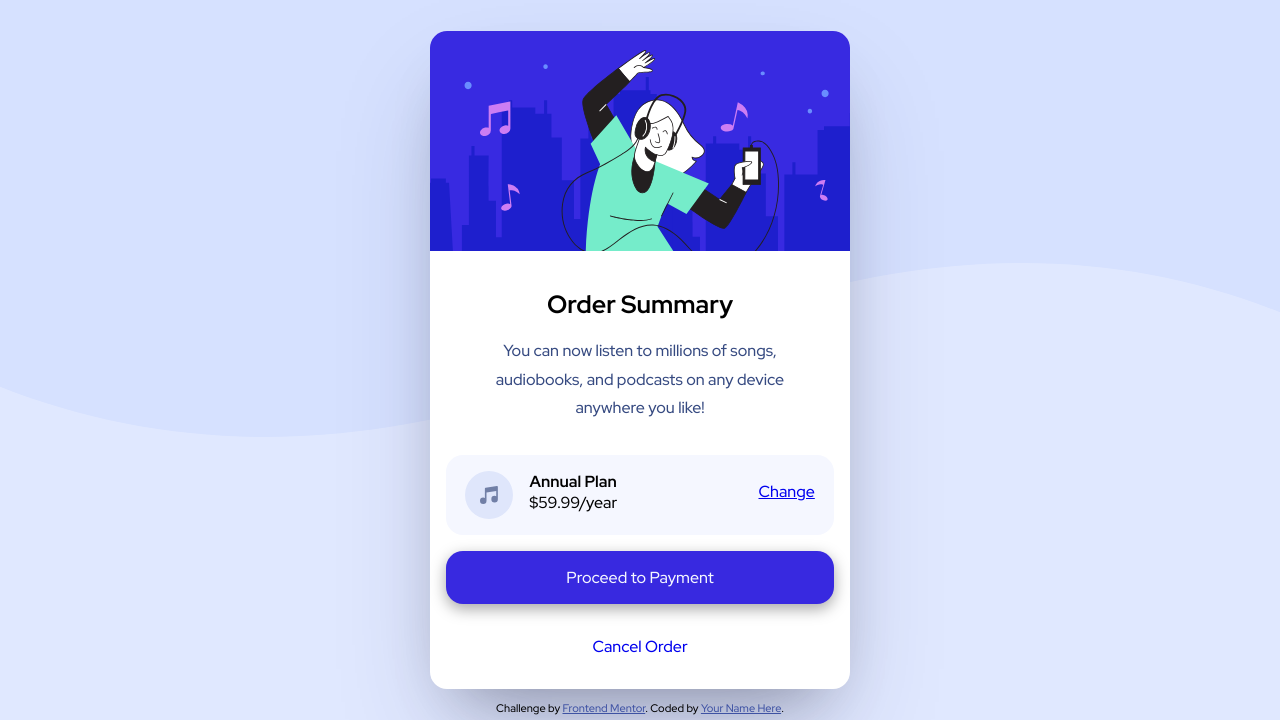
Repository: DejV44/order-summary-frontend
Page: index.html
These files come from the project's save history. The page is drawn as it stood at one moment and after the next save; the edit follows.
The browser window is 1280 px wide. The pictures show the whole page.
The style sheet was rebuilt from its Sass, Less or Tailwind sources for each picture, by a compiler version that may differ from the author's.

Above is the page before, as saved 2021-08-13 12:34:26.

After the next save:
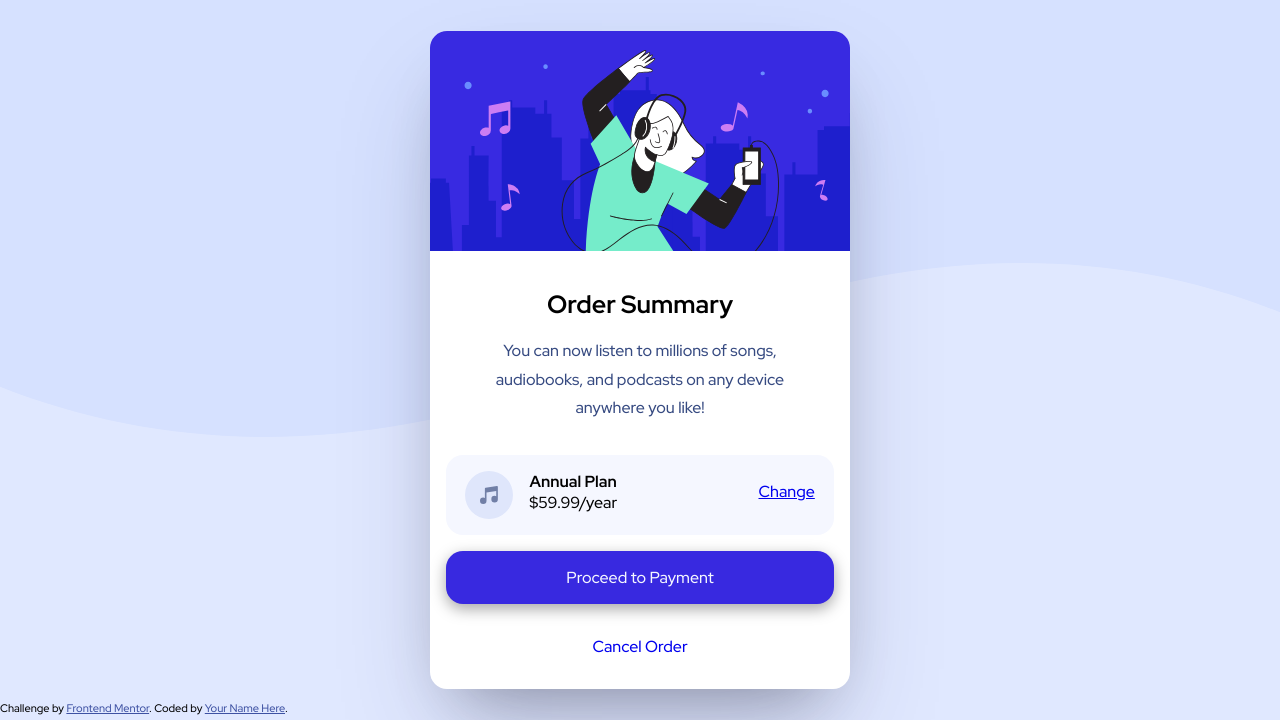
Saved 2 h 13 min later.
--- a/css/_mixins.scss
+++ b/css/_mixins.scss
@@ -45,7 +45,7 @@
 @mixin body {
     @include backgroundMob;
     display: flex;
-    justify-content: center;
+    //justify-content: center;
     height: 100vh;
     align-items: center;
     margin: 0;

After the save that followed:
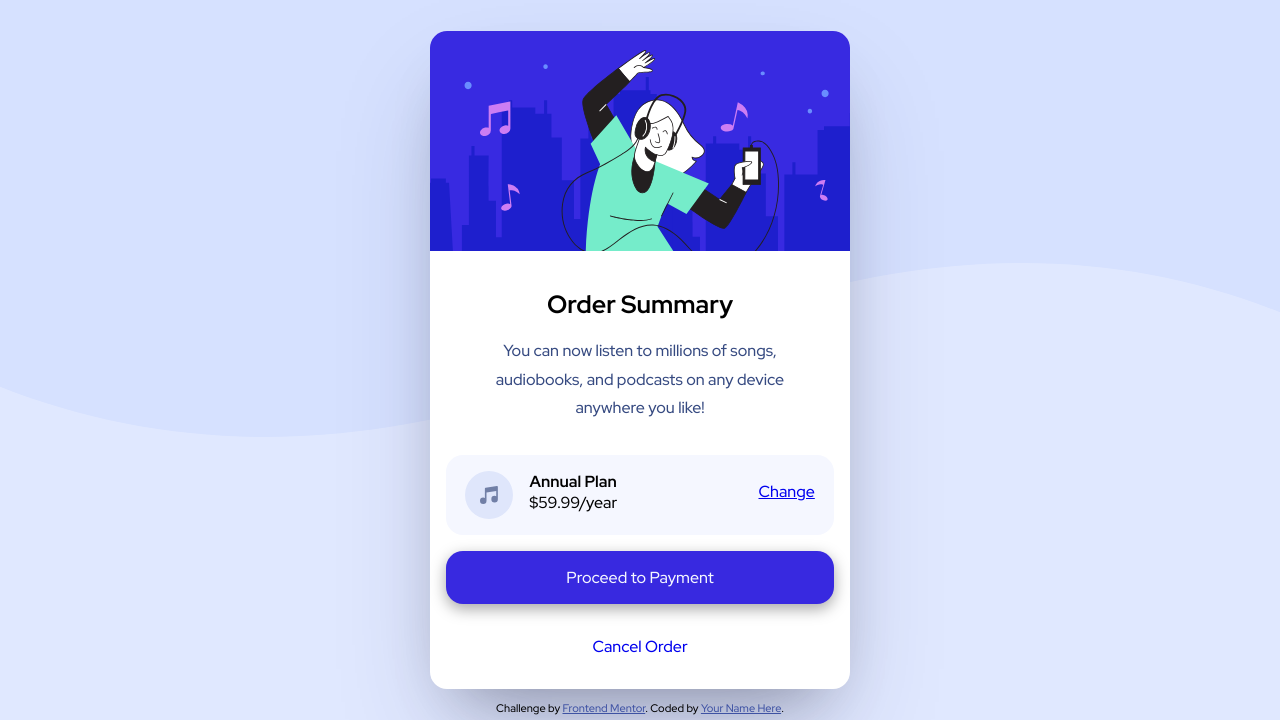
Saved 10 s later.
--- a/css/_mixins.scss
+++ b/css/_mixins.scss
@@ -45,7 +45,7 @@
 @mixin body {
     @include backgroundMob;
     display: flex;
-    //justify-content: center;
+    justify-content: center;
     height: 100vh;
     align-items: center;
     margin: 0;
